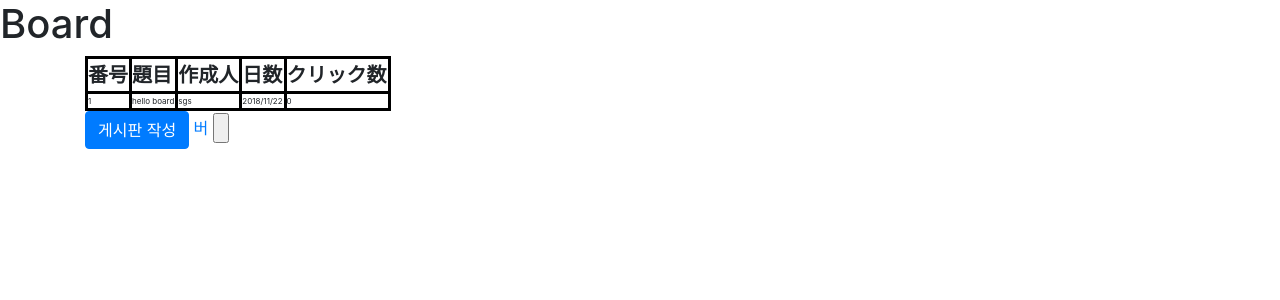
Repository: songgisung/study_web
Page: 20181126/test/board/WebContent/board.html
The author's editor kept a copy of each file at every save. The page is drawn from the files as they stood at one save, then again after the next save.
The browser window is 1280 px wide. The pictures show the whole page.

Above is the page before, as saved 2018-11-26 04:42:48.

### 20181126/test/board/WebContent/board.html
<!DOCTYPE html>
<html>
	<head>
		<meta charset="UTF-8">
		<meta name="viewport" content="width=device-width, initial-scale=1, shrink-to-fit=no">
		<title>게시판</title>

		<link rel="stylesheet" href="https://stackpath.bootstrapcdn.com/bootstrap/4.1.3/css/bootstrap.min.css" integrity="sha384-MCw98/SFnGE8fJT3GXwEOngsV7Zt27NXFoaoApmYm81iuXoPkFOJwJ8ERdknLPMO" crossorigin="anonymous">
		<link rel="stylesheet" href="css/board.css">
	</head>
<body>
	<h1>Board</h1>
	<div class="container">
		<table class="table_">
			<tr>
				<th>番号</th>
				<th>題目</th>
				<th>作成人</th>
				<th>日数</th>
				<th>クリック数</th>
			</tr>
			<tr>
				<td>1</td>
				<td>hello board</td>
				<td>sgs</td>
				<td>2018/11/22</td>
				<td>0</td>
			</tr>
		</table>
		<button type="button" class = "btn btn-primary">
			게시판 작성
		</button>
		<a href="BoardWriter.html">버</a>
		<input type="button" name="게시판작성" onclick="location.href='BoardWriter.html'"><br/>


		<!-- <from action="BoardWriter.html" method="post"></from> -->
	</div>
	<script src="https://code.jquery.com/jquery-3.3.1.slim.min.js" integrity="sha384-q8i/X+965DzO0rT7abK41JStQIAqVgRVzpbzo5smXKp4YfRvH+8abtTE1Pi6jizo" crossorigin="anonymous"></script>
	<script src="https://cdnjs.cloudflare.com/ajax/libs/popper.js/1.14.3/umd/popper.min.js" integrity="sha384-ZMP7rVo3mIykV+2+9J3UJ46jBk0WLaUAdn689aCwoqbBJiSnjAK/l8WvCWPIPm49" crossorigin="anonymous"></script>
	<script src="https://stackpath.bootstrapcdn.com/bootstrap/4.1.3/js/bootstrap.min.js" integrity="sha384-ChfqqxuZUCnJSK3+MXmPNIyE6ZbWh2IMqE241rYiqJxyMiZ6OW/JmZQ5stwEULTy" crossorigin="anonymous"></script>
</body>
</html>

### 20181126/test/board/WebContent/css/board.css
@charset "UTF-8";

.table_{

	margin:0px;
	font-size: 20px;
}
.cell{

}

.table_ th{
	padding-left: 0px;
	margin:10px;
	border:3px black solid;
	font-szie :10px
}
.table_ td{
	padding-left: 0px;
	margin:10px;
	border:3px black solid;
	font-size:8px
}

After the next save:
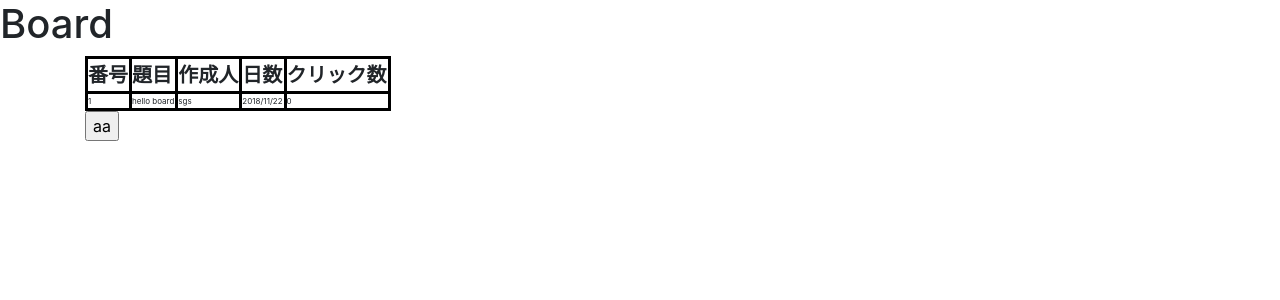
Saved 34 s later.
--- a/20181126/test/board/WebContent/board.html
+++ b/20181126/test/board/WebContent/board.html
@@ -27,11 +27,7 @@
 				<td>0</td>
 			</tr>
 		</table>
-		<button type="button" class = "btn btn-primary">
-			게시판 작성
-		</button>
-		<a href="BoardWriter.html">버</a>
-		<input type="button" name="게시판작성" onclick="location.href='BoardWriter.html'"><br/>
+		<input type="button" name="게시판작성" value="aa" onclick="location.href='BoardWriter.html'"><br/>
 
 
 		<!-- <from action="BoardWriter.html" method="post"></from> -->
